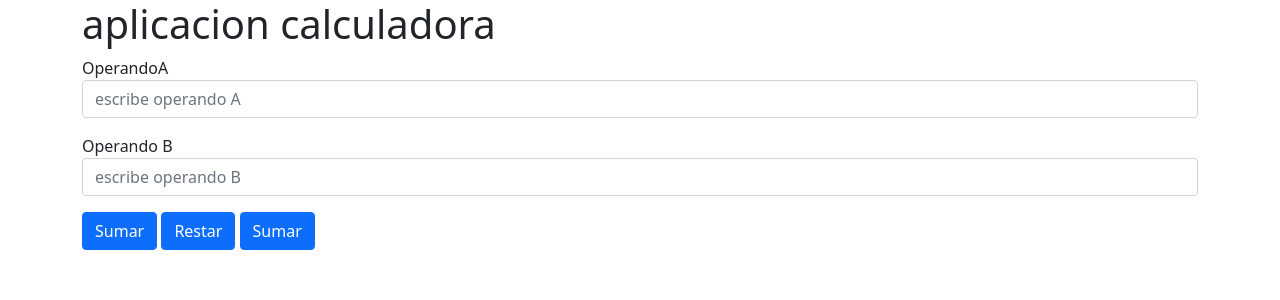
Repository: iwinser117/dw
Page: javascript udemy 43/ejercices/calculadora/index.html
An editor plug-in stored every save of this project. The page is shown before and after the next save, followed by the edit.
The browser window is 1280 px wide. The pictures show the whole page.

Above is the page before, as saved 2022-10-02 12:17:18.

After the next save:
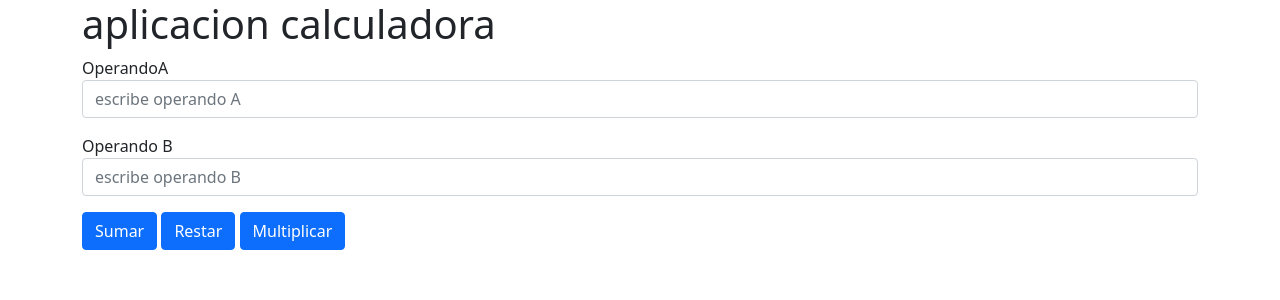
Saved 10 s later.
--- a/javascript udemy 43/ejercices/calculadora/index.html
+++ b/javascript udemy 43/ejercices/calculadora/index.html
@@ -32,7 +32,7 @@
 
         <button class="btn btn-primary mb-3" onclick="restar()">Restar</button>
 
-        <button class="btn btn-primary mb-3" onclick="sumar()">Sumar</button>
+        <button class="btn btn-primary mb-3" onclick="sumar()">Multiplicar</button>
 
 
     </div>
